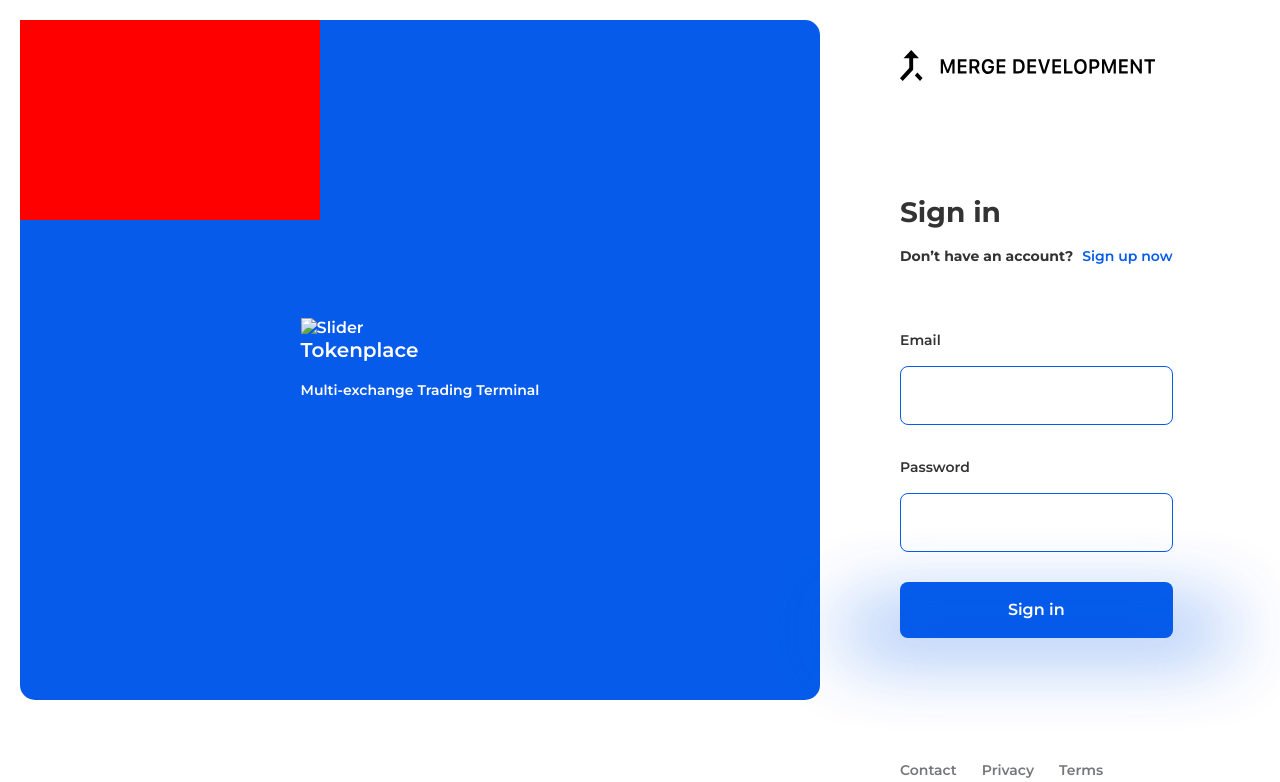
Repository: 13RedFox/form-project
Page: /
The author's editor kept a copy of each file at every save. The page is drawn from the files as they stood at one save, then again after the next save.
The browser window is 1280 px wide. The pictures show the whole page.
The project was rebuilt for these pictures with package versions that can differ from the ones it lists, and the page was loaded fresh each time.

Above is the page before, as saved 2021-08-04 18:41:26.

After the next save:
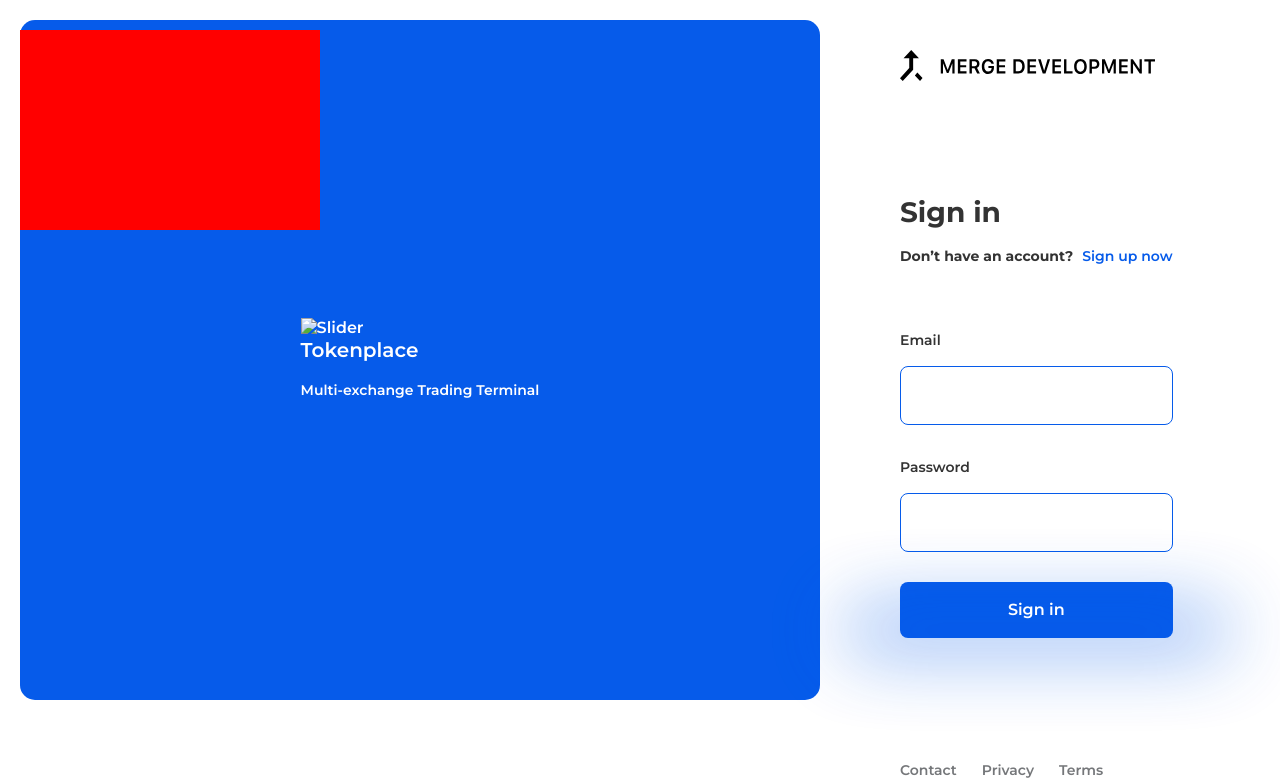
Saved 2 min 11 s later.
--- a/src/components/Slider/Slider.module.scss
+++ b/src/components/Slider/Slider.module.scss
@@ -15,7 +15,7 @@
     display: block;
     content: '';
     position: absolute;
-    top: 0;
+    top: 10px;
     left: 0;
     width: 300px;
     height: 200px;
